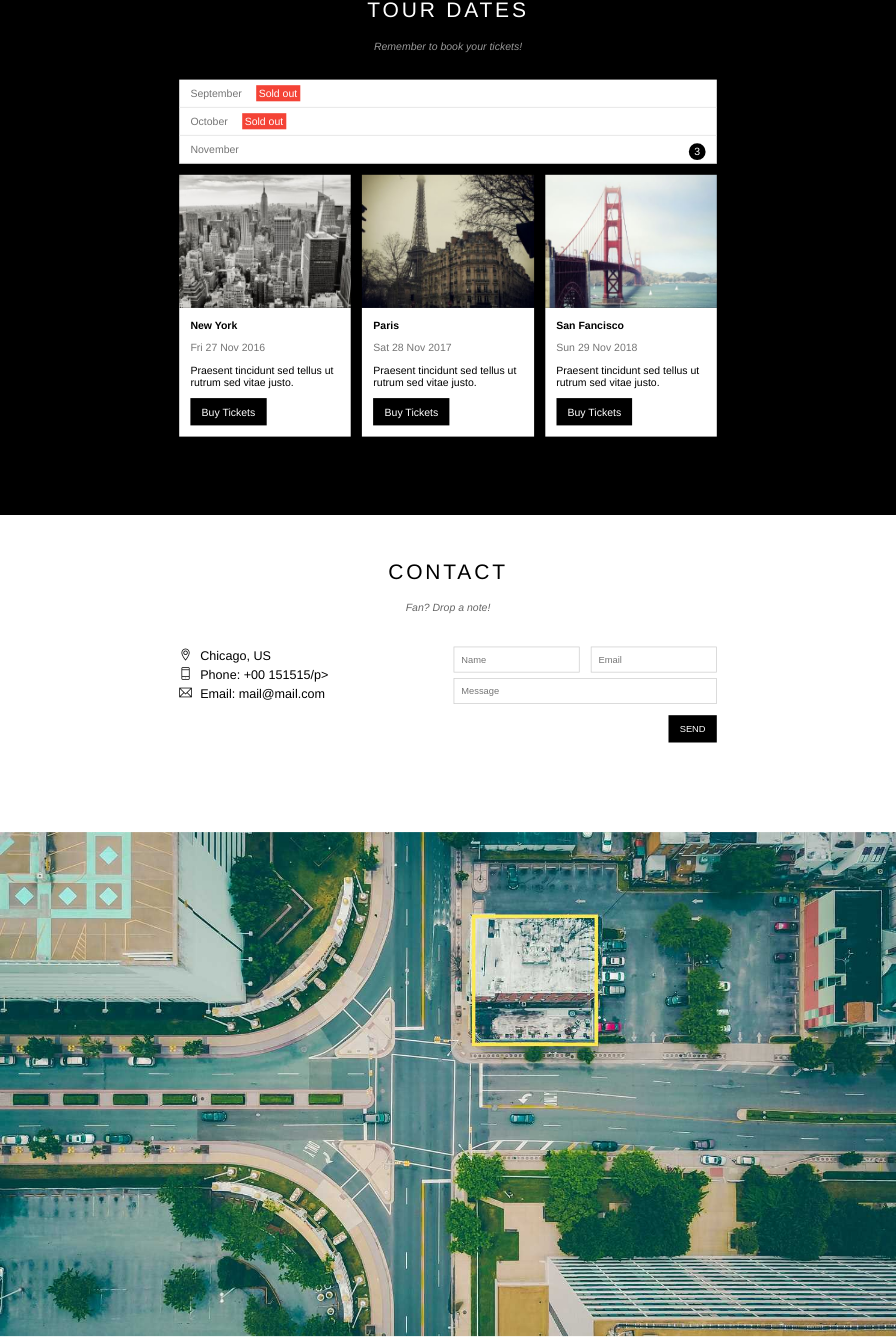
Repository: ThinhTran2k/BigBang-Band-Website
Page: index.html
These files come from the project's save history. The page is drawn as it stood at one moment and after the next save; the edit follows.
The browser window is 1280 px wide. The pictures show the part of the page from y = 1534 to 3454 px (the page is 3635 px tall before and 3651 px after), at 70% of full size.

Above is the page before, as saved 2021-03-16 18:02:51.
Console error: TypeError: Cannot set properties of undefined (setting 'onclick')

After the next save:
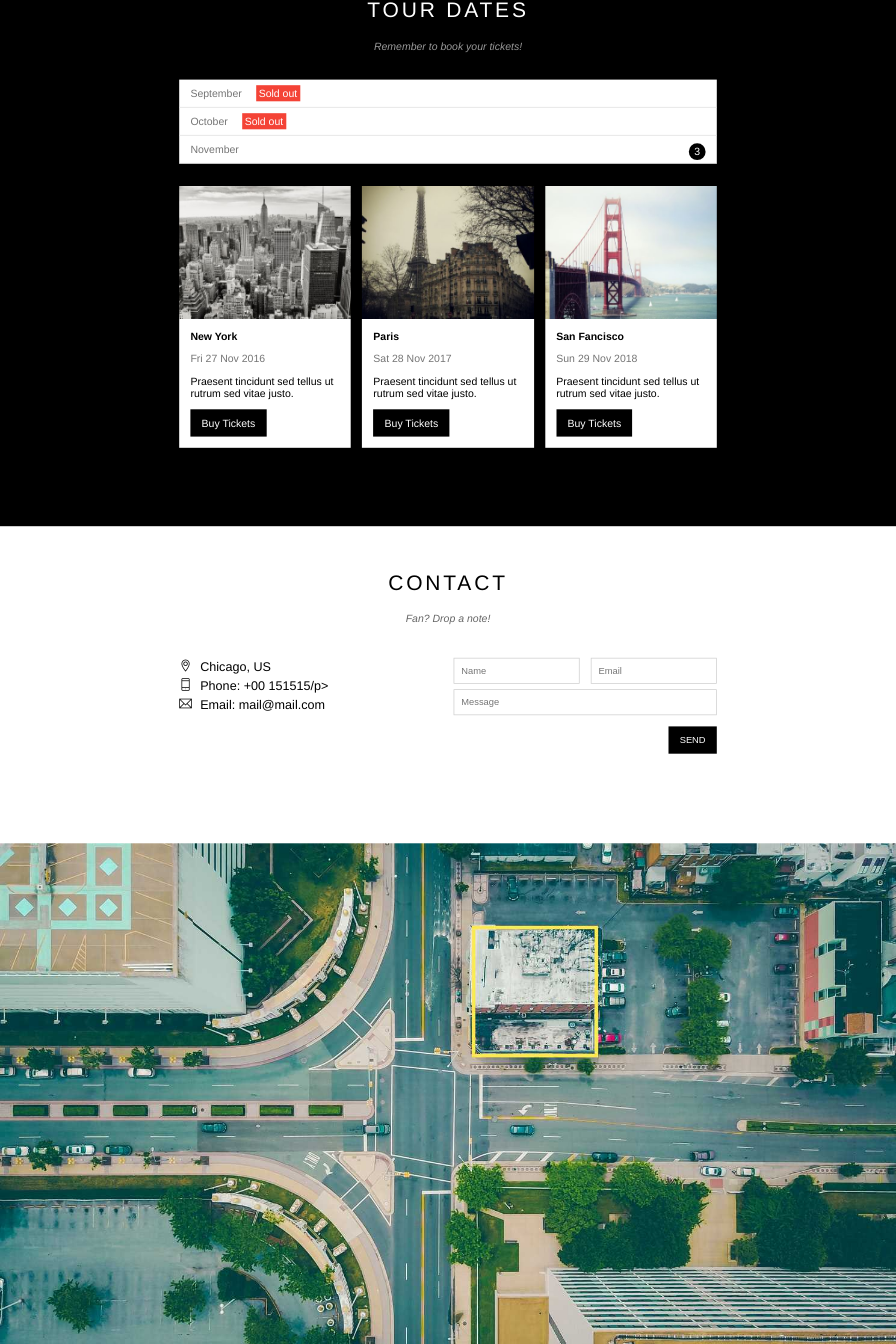
Saved 6 s later.
--- a/index.html
+++ b/index.html
@@ -96,7 +96,7 @@
                     </ul>
                     <!-- Places -->
                     <div class="row place-list">
-                        <div class="col col-third .mt-16">
+                        <div class="col col-third mt-16">
                             <img src="./asset/img/newyork.jpg" alt="place" class="place-img">
                             <div class="place-content">
                                 <h3 class="place-heading">New York</h3>
@@ -105,7 +105,7 @@
                                 <a href="#" class="place-buy-btn">Buy Tickets</a>
                             </div>
                         </div>
-                        <div class="col col-third .mt-16">
+                        <div class="col col-third mt-16">
                             <img src="./asset/img/paris.jpg" alt="place" class="place-img">
                             <div class="place-content">
                                 <h3 class="place-heading">Paris</h3>
@@ -114,7 +114,7 @@
                                 <a href="#" class="place-buy-btn">Buy Tickets</a>
                             </div>
                         </div>
-                        <div class="col col-third .mt-16">
+                        <div class="col col-third mt-16">
                             <img src="./asset/img/sanfran.jpg" alt="place" class="place-img">
                             <div class="place-content">
                                 <h3 class="place-heading">San Fancisco</h3>
